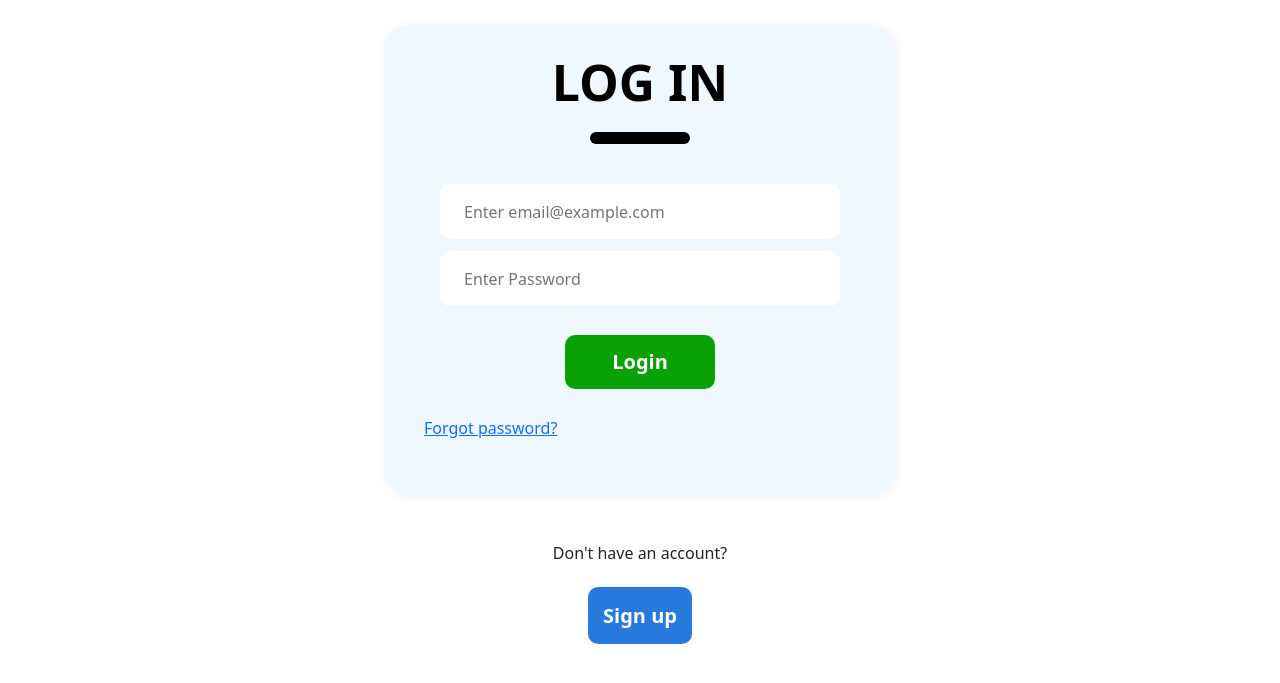
Repository: JermelWatson/milestoneOne
Page: /login (app in client/)
The author's editor kept a copy of each file at every save. The page is drawn from the files as they stood at one save, then again after a run of saves.
The browser window is 1280 px wide. The pictures show the whole page.
The project was rebuilt for these pictures with package versions that can differ from the ones it lists, and the page was loaded fresh each time. Also part of the build but not shown: client/vite.config.js, client/src/Components/signup/Signup.jsx, client/src/Components/dashboard/Dashboard.css, client/src/Components/dashboard/Sidebar.css, client/src/Components/dashboard/Sidebar.jsx, client/src/Components/dashboard/Content.css, client/src/Components/dashboard/ContentHeader.jsx, client/src/Components/dashboard/Card.jsx and 8 more.

Above is the page before, as saved 2024-10-10 02:05:42.

After the next 3 saves:
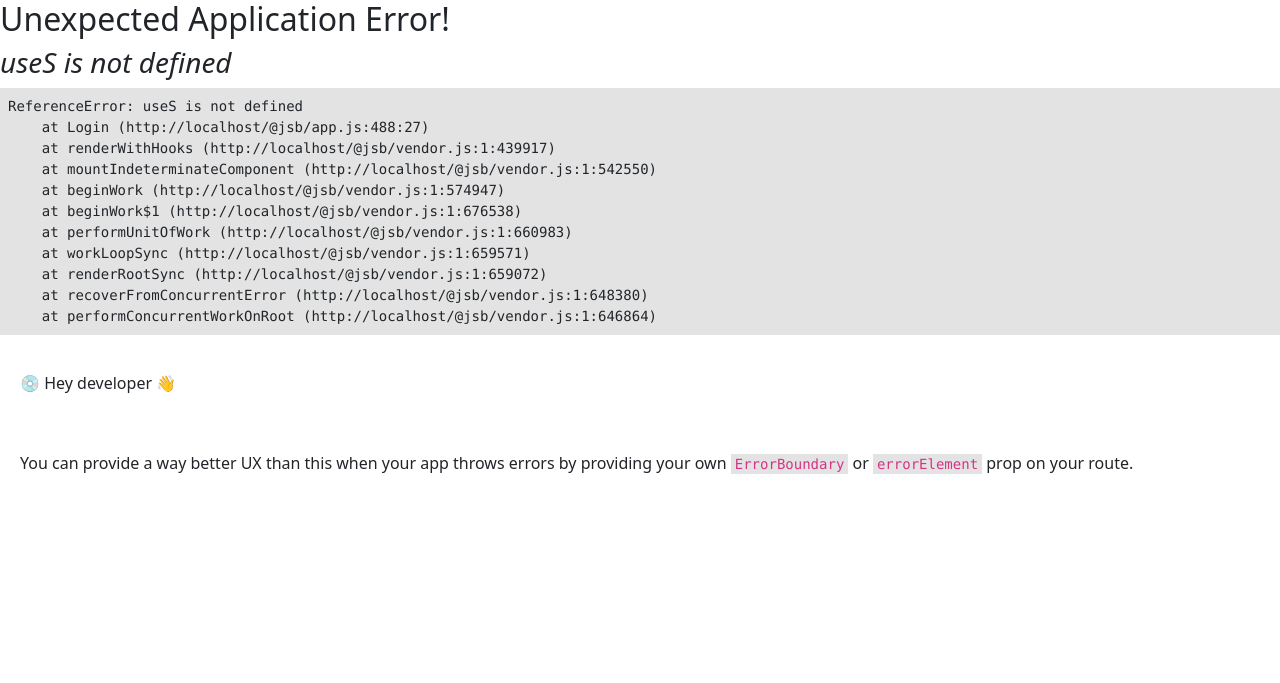
Console error: ReferenceError: useS is not defined
The 3 saves are shown as one change because they came seconds apart.
The last was saved 15 s later.
--- a/client/src/Components/login/Login.jsx
+++ b/client/src/Components/login/Login.jsx
@@ -14,7 +14,7 @@
   const [validEmail, setValidEmail] = useState(false);
   const [emailFocus, setEmailFocus] = useState(false);
   const [view, setView] = useState("login")
-
+  const [code, setCode] = useS
 
   useEffect(() => {
     const result = EMAIL_REGEX.test(email);

After the save that followed:
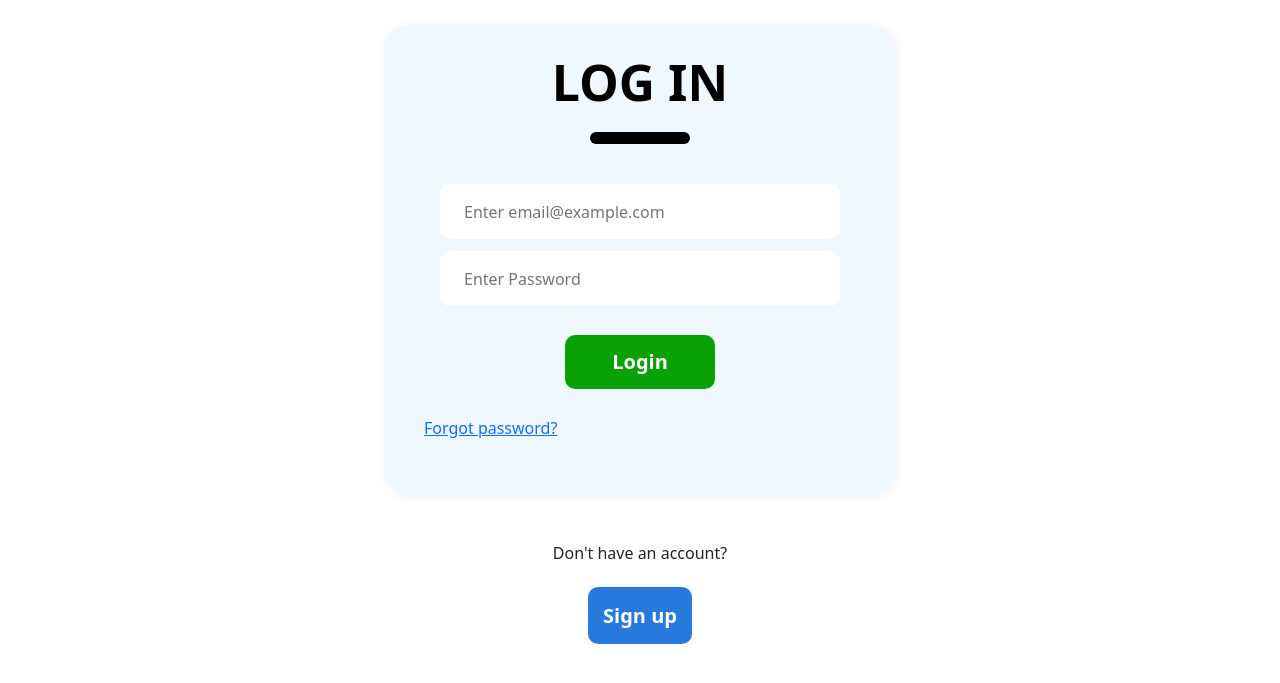
The error is gone.
Saved 5 s later.
--- a/client/src/Components/login/Login.jsx
+++ b/client/src/Components/login/Login.jsx
@@ -14,7 +14,7 @@
   const [validEmail, setValidEmail] = useState(false);
   const [emailFocus, setEmailFocus] = useState(false);
   const [view, setView] = useState("login")
-  const [code, setCode] = useS
+  const [code, setCode] = useState("verify")
 
   useEffect(() => {
     const result = EMAIL_REGEX.test(email);
